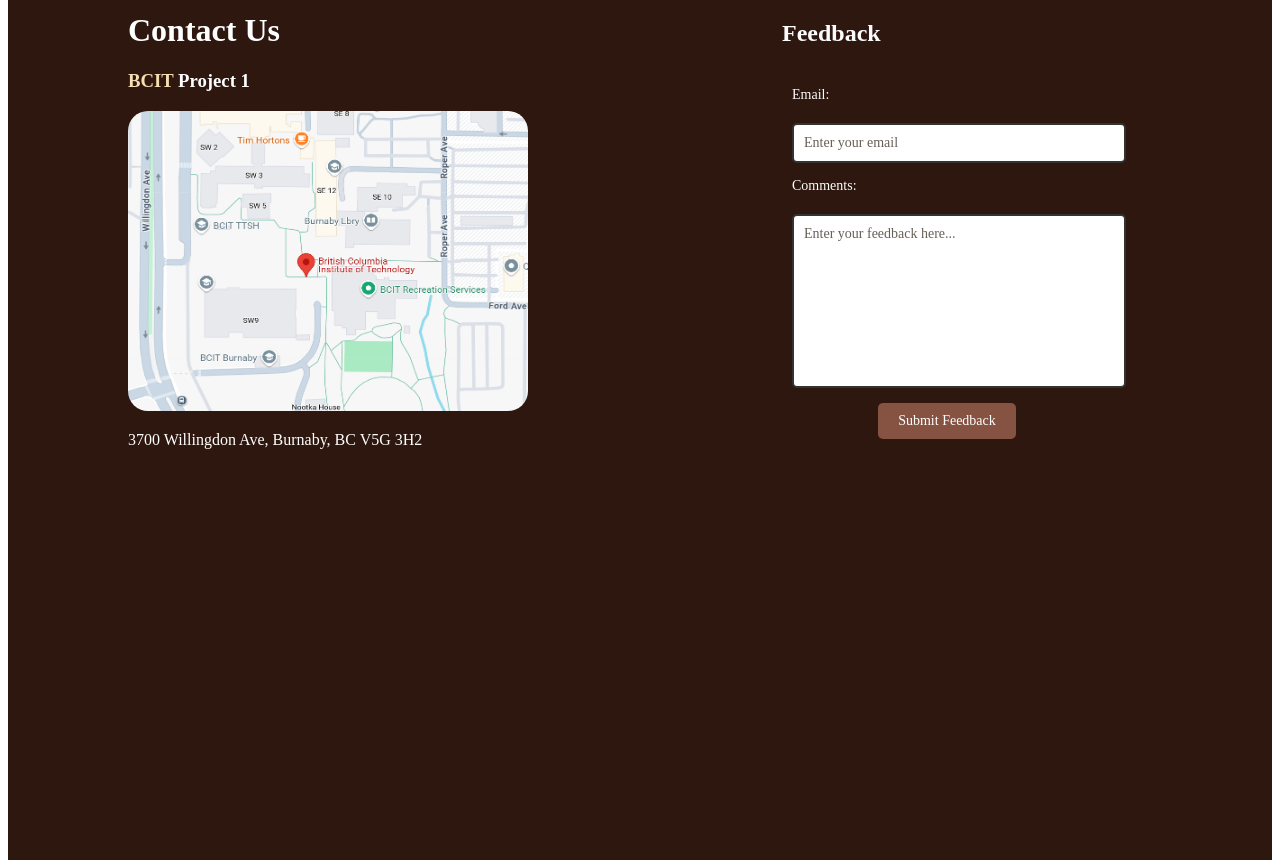
Repository: AlyssaHug/Bandit-Breakout
Page: index.html
An editor plug-in stored every save of this project. The page is shown before and after the next save, followed by the edit.
The browser window is 1280 px wide. The pictures show the part of the page from y = 514 to 1382 px (the page is 1382 px tall before and 1182 px after).
A picture or video elsewhere on the page could not be fetched, so the positions and the page height are approximate. Some web fonts or font styles are not loaded; a fallback is used.

Above is the page before, as saved 2025-05-08 23:45:09.

After the next save:
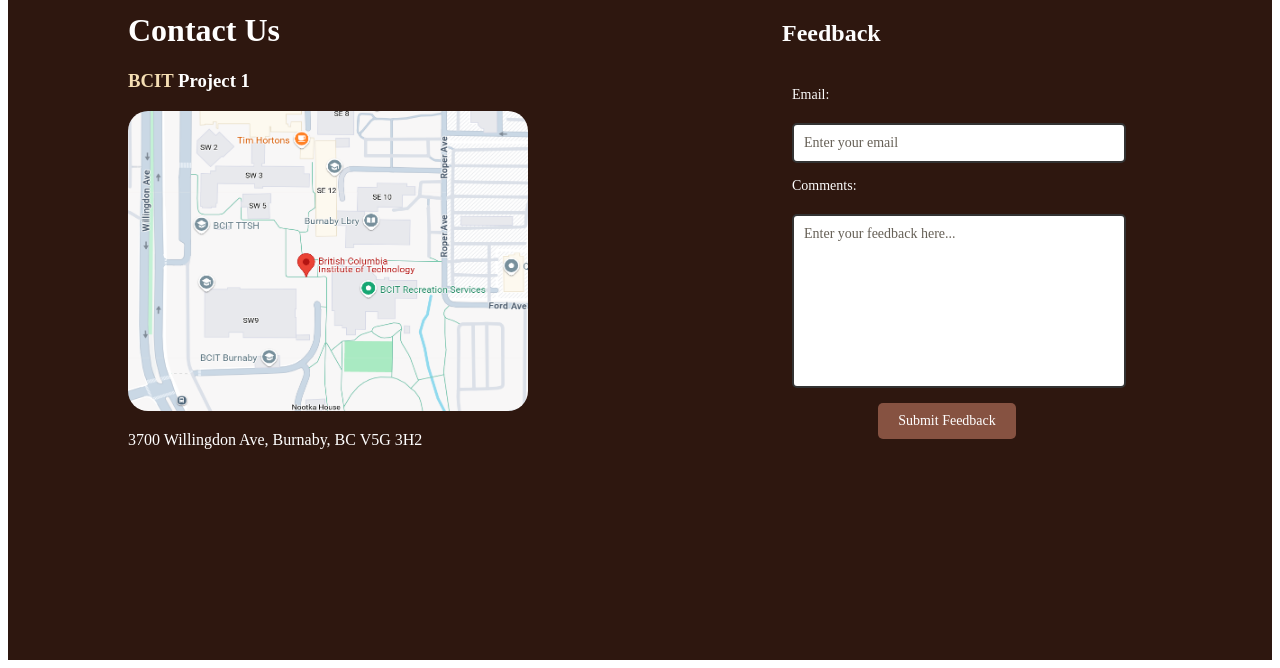
Saved 6 s later.
--- a/styles.css
+++ b/styles.css
@@ -58,7 +58,7 @@
 }
 footer {
     background-color: rgb(46, 23, 15);
-    min-height: 880px;
+    min-height: 680px;
     width: 100%;
     height: auto;
     margin: 0;
